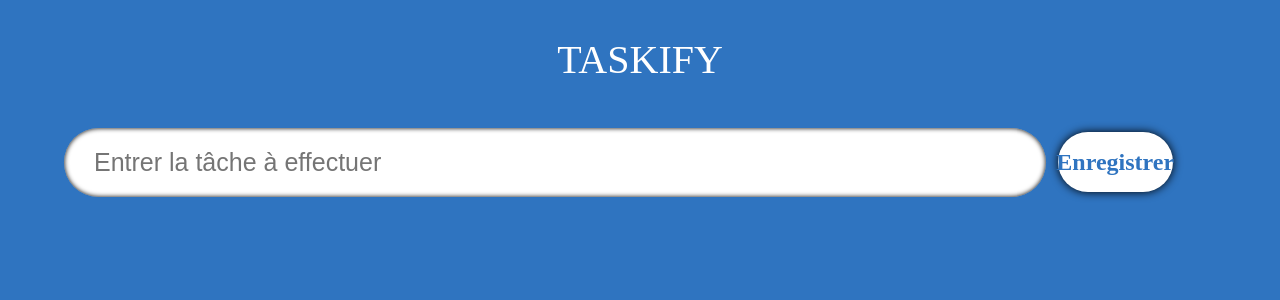
Repository: abdoulkarim20/react-ts-training
Page: /
These files come from the project's save history. The page is drawn as it stood at one moment and after a run of saves; the edit follows.
The browser window is 1280 px wide. The pictures show the whole page.
Some web fonts or font styles are not loaded; a fallback is used. The project was rebuilt for these pictures with package versions that can differ from the ones it lists, and the page was loaded fresh each time. Also part of the build but not shown: vite.config.ts, src/components/SingleTodo.tsx.

Above is the page before, as saved 2024-01-24 23:07:17.

### src/App.tsx
import React, { useState } from 'react'
import './App.css'
import InputField from './components/InputField'
import { ITodo } from './todo.model'
import TodoList from './components/TodoList'

const App: React.FC = () => {
  const [todo, setTodo] = useState("")
  const [todos, setTodos] = useState<ITodo[]>([]);
  const handleAddTodo = (e: React.FormEvent) => {
    e.preventDefault();
    /**On verifie si ya une valeur saisie*/
    if (todo) {
      setTodos([...todos, { id: Date.now(), todo: todo, isDone: false }])
      /**Si l'enregistrement est fait on vide le formulaire*/
      setTodo("");
      console.log("Les todos sont", todos);
    }
  }


  return (
    <div className='App'>
      <span className='Heading'>Taskify</span>
      <InputField todo={todo} setTodo={setTodo} handleAddTodo={handleAddTodo} />
      <TodoList todos={todos} setTodos={setTodos} />
    </div>
  )
}

export default App

### src/App.css
@import url('https://fonts.googleapis.com/css2?family=Neucha&display=swap');

/* * {
  margin: 0;
  padding: 0;
  box-sizing: border-box;
  font-family: "Neucha", cursive;
} */

.App {
  width: 100vw;
  height: 100vh;
  display: flex;
  flex-direction: column;
  align-items: center;
  background-color: #2f74c0;
  font-family: "Neucha", cursive;
}

.Heading {
  text-transform: uppercase;
  font-size: 40px;
  color: white;
  margin: 30px 0;
  z-index: 1;
  text-align: center;
}

/**Media query mobile*/
@media only screen and (min-width:320px) and (max-width:767px) {}

/**Media query tablette*/
@media only screen and (min-width:768px) and (max-width:1024px) {}

/**Media query extra large*/
@media only screen and (min-width:1025px) and (max-width:1400px) {}

### src/components/InputField.tsx
import React, { useRef } from "react";
import "./styles.css";

interface Props {
    todo: string;
    setTodo: React.Dispatch<React.SetStateAction<string>>;
    handleAddTodo: (e: React.FormEvent) => void;
}


const InputField: React.FC<Props> = ({ todo, setTodo, handleAddTodo }) => {
    const inputRef = useRef<HTMLInputElement>(null);
    return (
        <form className="task-form" onSubmit={(e) => {
            handleAddTodo(e)
            inputRef.current?.blur
        }}>
            <input
                ref={inputRef}
                type="input"
                placeholder="Entrer la tâche à effectuer"
                className="input-task"
                value={todo}
                onChange={(e) => setTodo(e.target.value)}
            />
            <button className="save-task-btn" type="submit">Enregistrer</button>
        </form>
    )
}
export default InputField

### src/components/TodoList.tsx
import { ITodo } from '../todo.model';
import SingleTodo from './SingleTodo';
import './styles.css'
interface Props {
    todos: ITodo[];
    setTodos: React.Dispatch<React.SetStateAction<ITodo[]>>;
}
const TodoList: React.FC<Props> = ({ todos, setTodos }) => {
    return (
        <div className="todo-liste">
            {todos.map((todo) => (
                <SingleTodo
                    todo={todo}
                    key={todo.id}
                    todos={todos}
                    setTodos={setTodos}
                />
            ))}
        </div>
    )
}
export default TodoList;

### src/components/styles.css
.task-form {
    display: flex;
    width: 90%;
    align-items: center;
}

.input-task {
    width: 80%;
    border-radius: 50px;
    padding: 20px 30px;
    font-size: 25px;
    border: none;
    transition: 0.2s;
    box-shadow: inset 0 0 5px black;
}

.input-task:focus {
    box-shadow: 0 0 10px 1000px rgb(0, 0, 0, 0.5);
    outline: none;
}

.save-task-btn {
    display: flex;
    justify-content: center;
    align-items: center;
    width: 10%;
    height: 60px;
    margin: 12px;
    border-radius: 30px;
    right: 0px;
    border: none;
    font-size: 24px;
    background-color: white;
    color: #2f74c0;
    font-weight: bold;
    transition: 0.2s all;
    box-shadow: 0 0 10px black;
}

.save-task-btn:active {
    transform: scale(0.8);
    box-shadow: 0 0 5px black;
}

.todo-liste {

}

Loaded but not shown: index.html (common file); src/main.tsx (common file); src/index.css (common file)

After the next 2 saves:
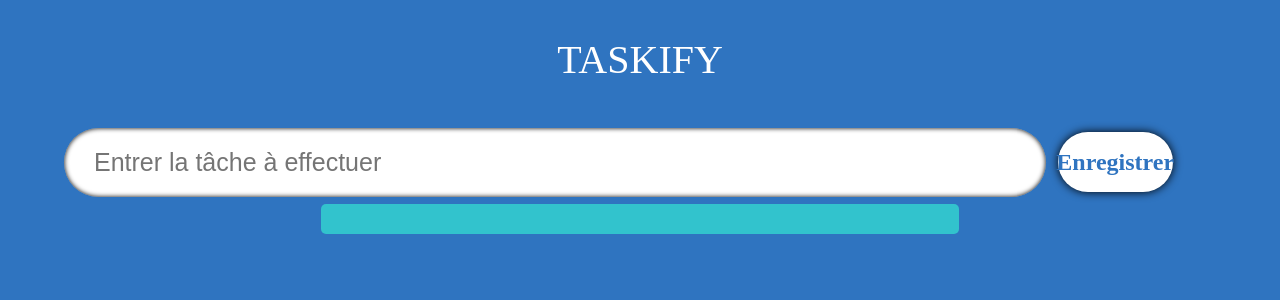
The 2 saves are shown as one change because they came seconds apart.
The last was saved 26 s later.
--- a/src/components/styles.css
+++ b/src/components/styles.css
@@ -43,5 +43,10 @@
 }
 
 .todo-liste {
-
+    border-radius: 5px;
+    display: flex;
+    flex-direction: column;
+    width: 47.5%;
+    padding: 15px;
+    background-color: rgb(50, 195, 205);
 }

After the 2 saves that followed:
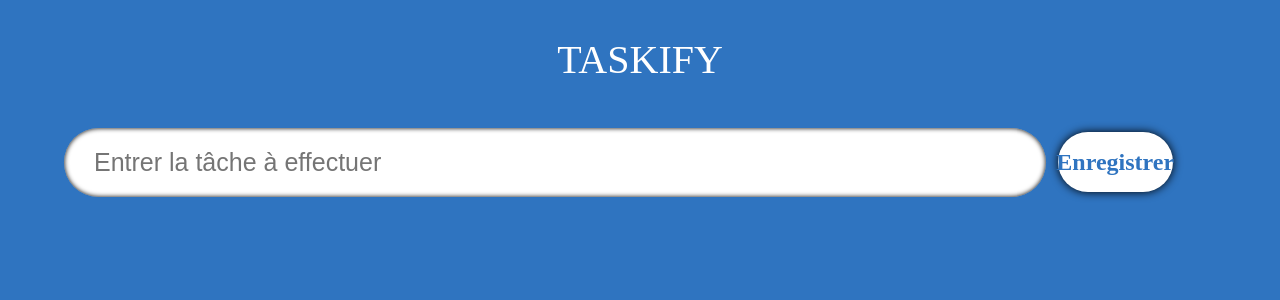
The 2 saves are shown as one change because they came seconds apart.
The last was saved 78 s later.
--- a/src/components/styles.css
+++ b/src/components/styles.css
@@ -43,10 +43,8 @@
 }
 
 .todo-liste {
-    border-radius: 5px;
     display: flex;
-    flex-direction: column;
-    width: 47.5%;
-    padding: 15px;
-    background-color: rgb(50, 195, 205);
+    justify-content: space-evenly;
+    width: 90%;
+    flex-wrap: wrap;
 }
